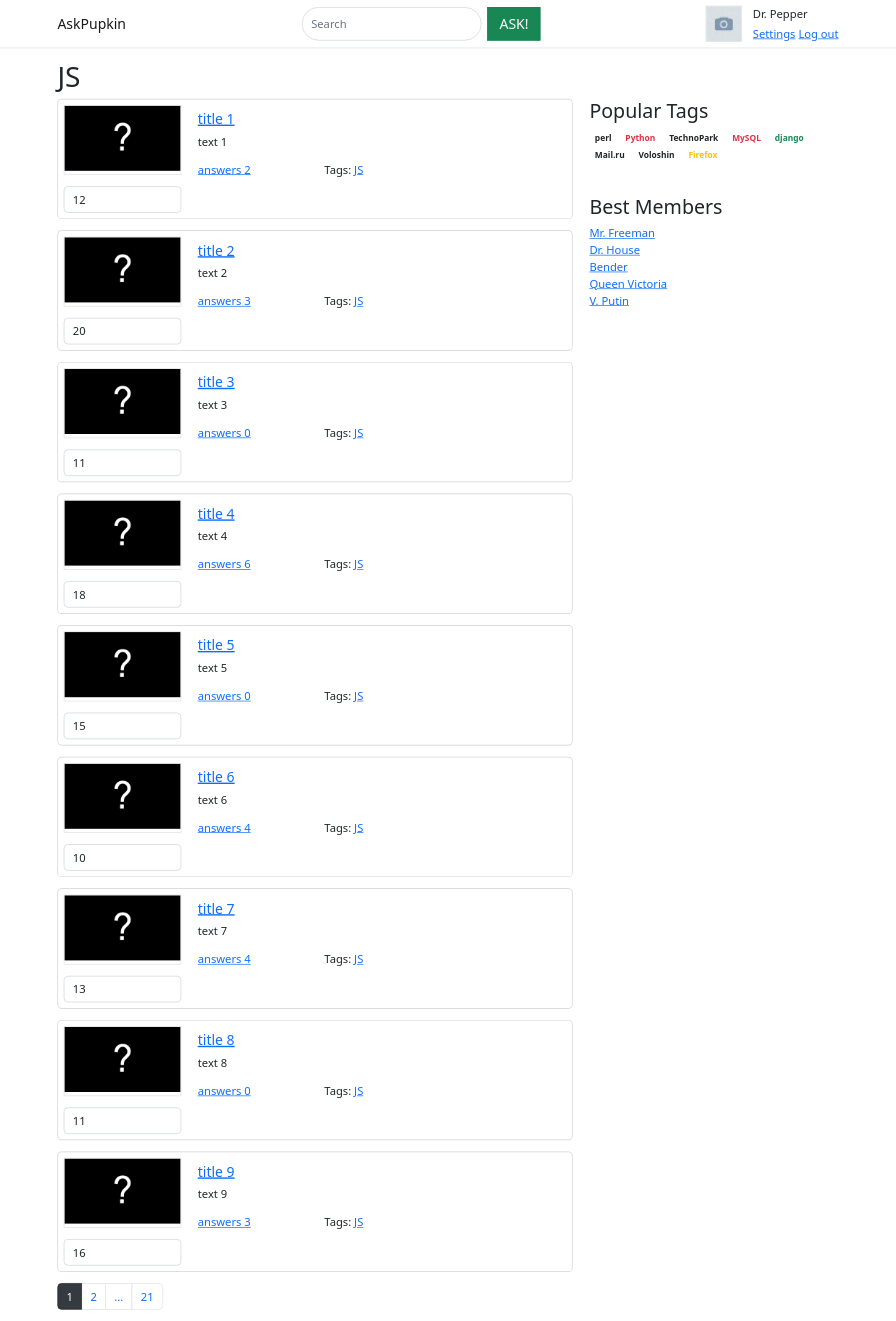
Repository: MiniDan21/askme_molchanov_django
Page: http://localhost/tag/JS
The author's editor kept a copy of each file at every save. The page is drawn from the files as they stood at one save, then again after the next save.
The browser window is 1280 px wide. The pictures show the whole page, at 70% of full size.
The page is served by the project's application, run on Django 5.2 (manage.py).

Above is the page before, as saved 2024-04-09 19:01:08.

After the next save:
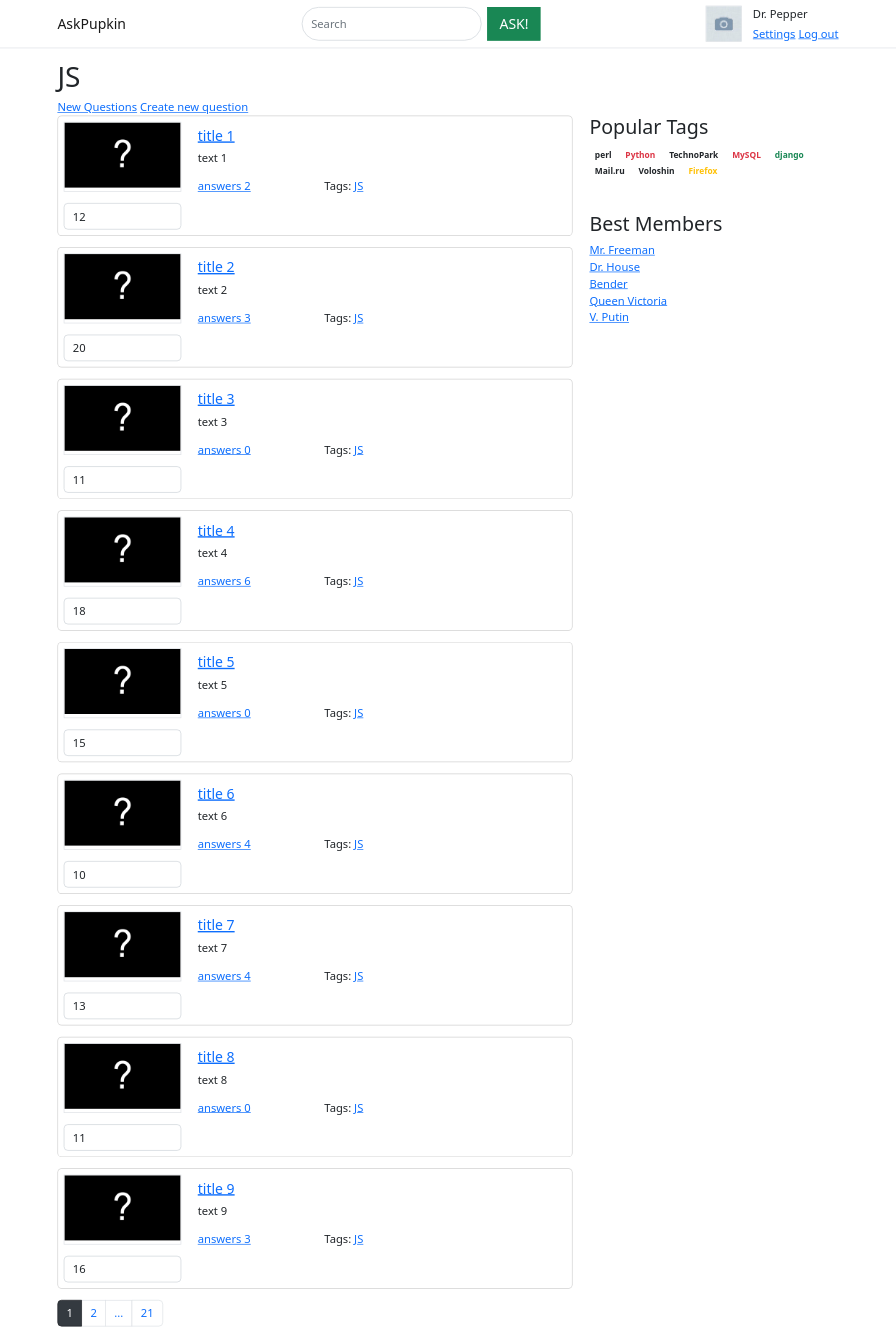
Saved 38 s later.
--- a/templates/tag.html
+++ b/templates/tag.html
@@ -4,6 +4,8 @@
     <div class="d-flex gap-3 align-items-center">
         <h1>{{tag}}</h1>
     </div>
+    <a href="/">New Questions</a>
+    <a href="/ask">Create new question</a>
     {% include 'layouts/question_list.html' %}
     {% include 'layouts/pagination.html' %}
     {% include 'layouts/popular.html' %}

After the save that followed:
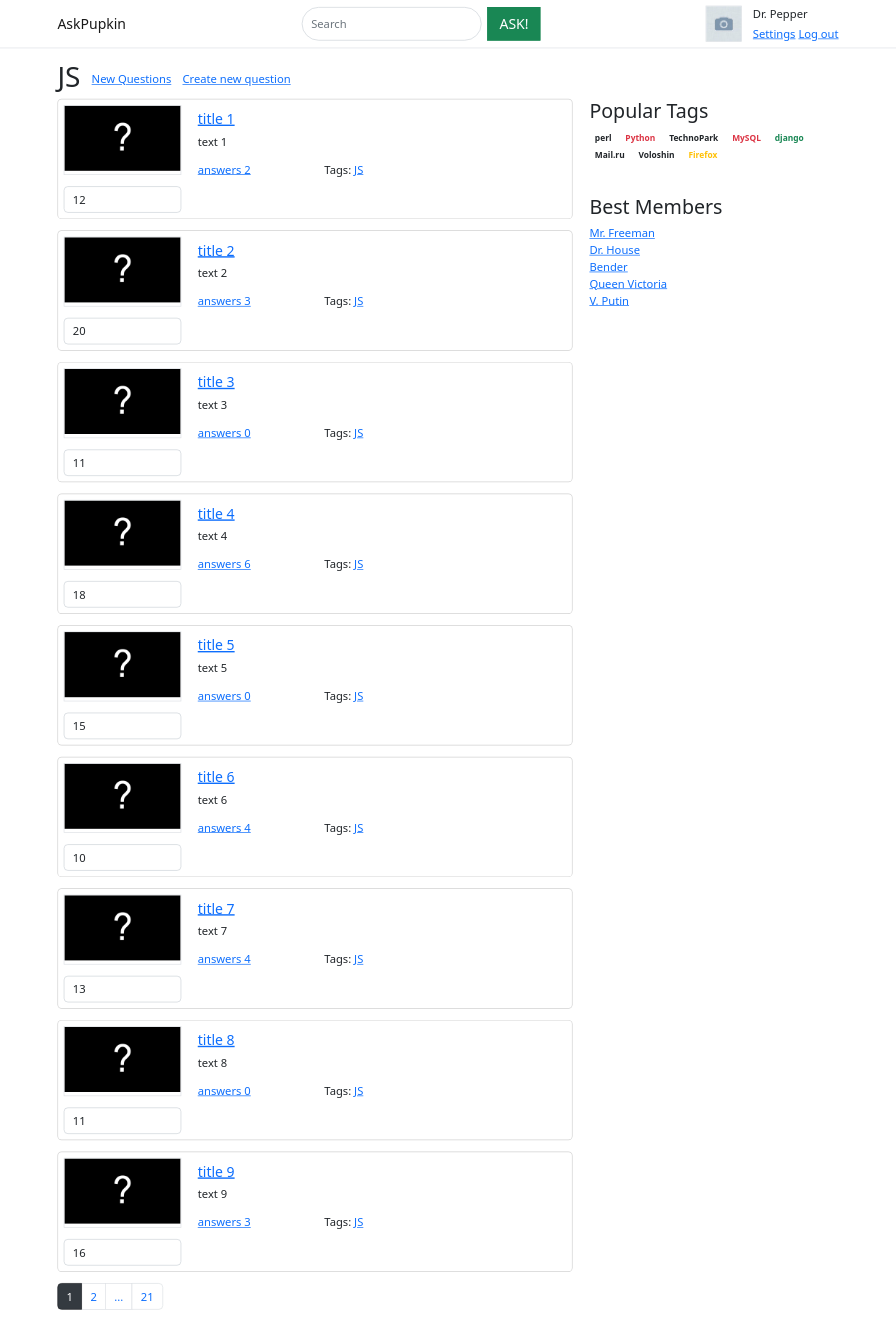
Saved 15 s later.
--- a/templates/tag.html
+++ b/templates/tag.html
@@ -3,9 +3,9 @@
 {% block main %}
     <div class="d-flex gap-3 align-items-center">
         <h1>{{tag}}</h1>
+        <a href="/">New Questions</a>
+        <a href="/ask">Create new question</a>
     </div>
-    <a href="/">New Questions</a>
-    <a href="/ask">Create new question</a>
     {% include 'layouts/question_list.html' %}
     {% include 'layouts/pagination.html' %}
     {% include 'layouts/popular.html' %}
